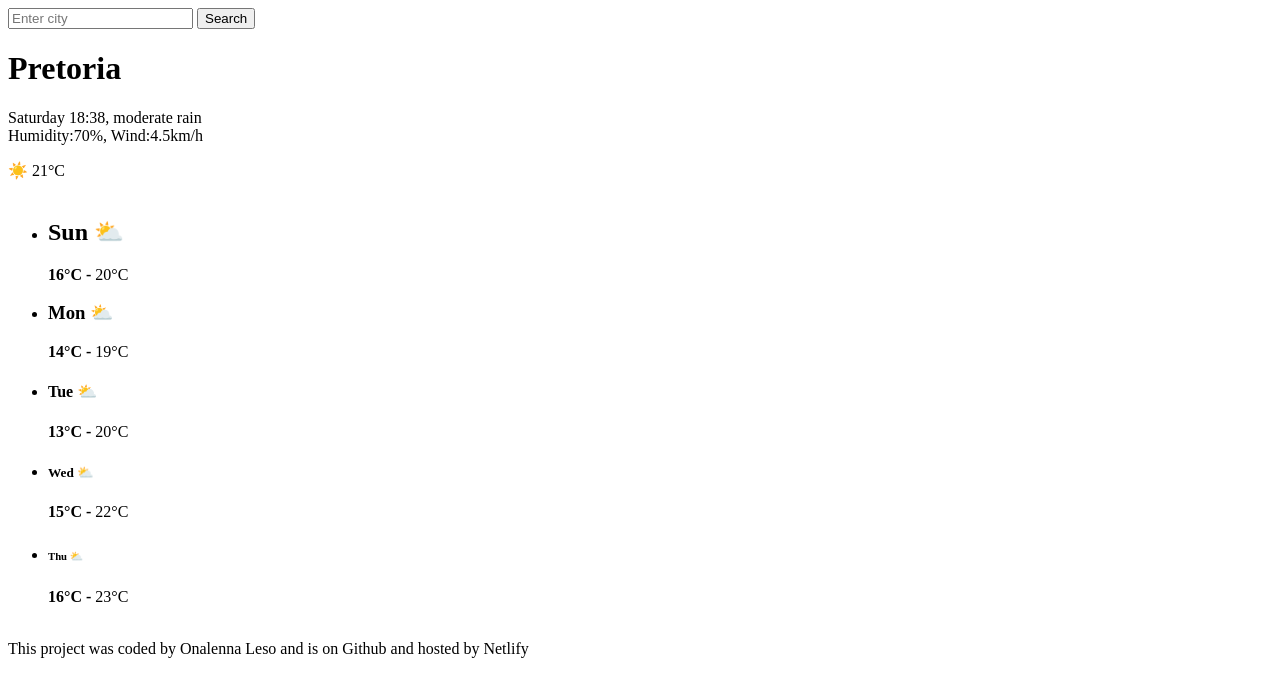
Repository: onalennaleso/empty
Page: weather.html
These files come from the project's save history. The page is drawn as it stood at one moment and after the next save; the edit follows.
The browser window is 1280 px wide. The pictures show the whole page.

Above is the page before, as saved 2024-02-22 05:07:43.

After the next save:
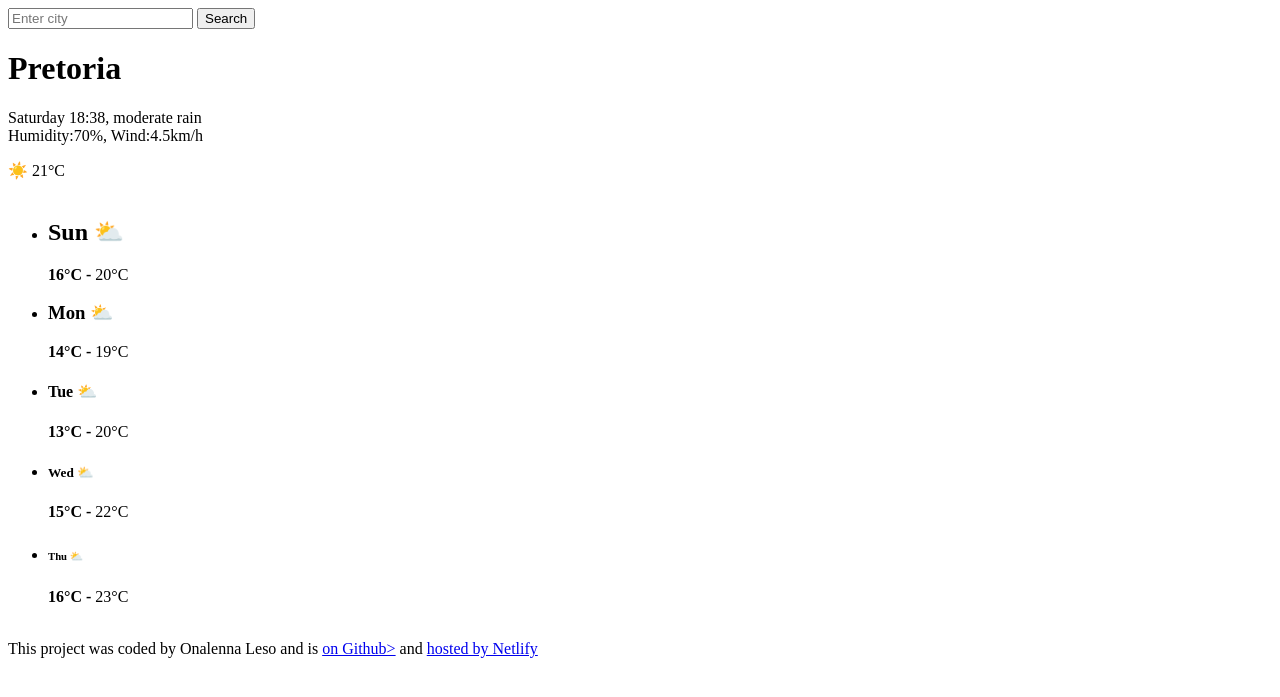
Saved 4 min 42 s later.
--- a/weather.html
+++ b/weather.html
@@ -58,7 +58,9 @@
     </ul>
     <br />
     <div>
-        This project was coded by Onalenna Leso and is on Github and hosted by Netlify
+        This project was coded by Onalenna Leso and is
+        <a href="#" target="_blank">on Github></a> and
+        <a href="#" target="_blank"> hosted by Netlify </a>
     </div>
 
 </body>
